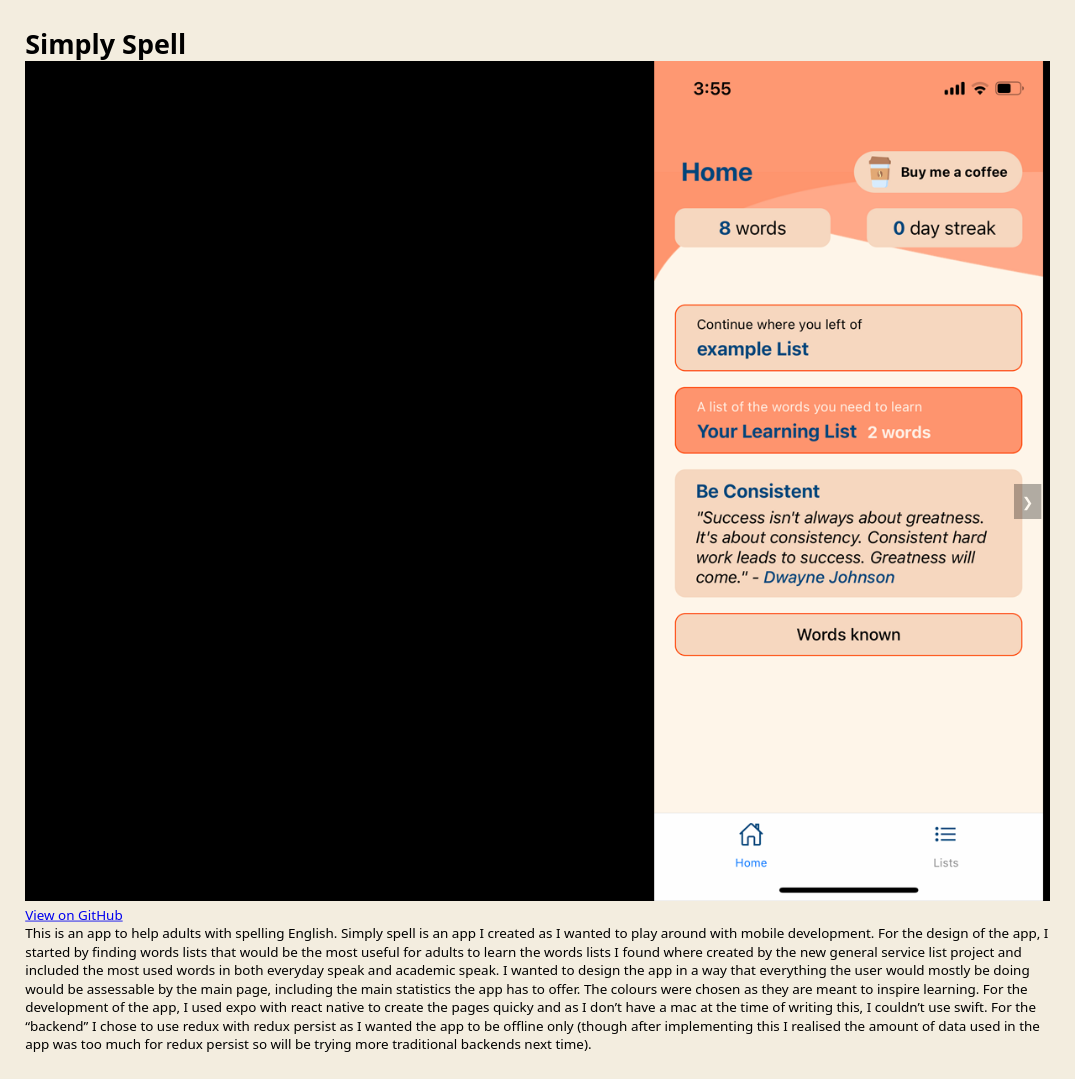
Repository: David-Waite/simpleespellwebsite
Page: /
The author's editor kept a copy of each file at every save. The page is drawn from the files as they stood at one save, then again after the next save.
The browser window is 1280 px wide. The pictures show the whole page, at 84% of full size.
The project was rebuilt for these pictures with package versions that can differ from the ones it lists, and the page was loaded fresh each time.

Above is the page before, as saved 2023-07-27 19:04:35.

### src/index.css
* {
  margin: 0;
  padding: 0;
  font-family: system-ui, -apple-system, BlinkMacSystemFont, "Segoe UI", Roboto,
    Oxygen, Ubuntu, Cantarell, "Open Sans", "Helvetica Neue", sans-serif;
}

body {
  background-color: #f3eddf;
  padding: 30px;
}

.carousel {
  display: flex;
  flex-direction: column;
  position: relative;
}

.slideContainer {
  scroll-snap-type: x mandatory;
  overflow-x: scroll;
  overflow-y: hidden;
  display: flex;
  align-items: center;
  height: 100%;
  -webkit-overflow-scrolling: touch;
  scroll-behavior: smooth;
}

.slideContainer::-webkit-scrollbar {
  display: none;
}
.slide {
  scroll-snap-align: center;
  position: relative;
  min-width: 100%;
  padding-top: 50%;
}
.slide img {
  height: auto;
  width: 100%;
  position: absolute;
  top: 0;
  left: 0;
}
.arrow {
  color: #ffffff;
  background-color: #000000;
  position: absolute;
  text-align: center;
  opacity: 0.3;
  cursor: pointer;
  position: absolute;
  top: 50%;
}
.arrow p {
  padding: 10px;
}
.arrowBack {
  left: 10px;
}
.arrowForward {
  right: 10px;
}
.arrow:hover {
  opacity: 1;
}

### src/App.js
import { useState, useEffect } from "react";
import { useRef } from "react";
import styles from "./index.css";

export default function App(props) {
  let images = [
    "../simplySpell1.PNG",
    "../simplySpell2.PNG",
    "../simplySpell3.PNG",
    "../simplySpell4.PNG",
    "../simplySpell5.PNG",
    "../simplySpell6.PNG",
    "../simplySpell7.PNG",
    "../simplySpell8.PNG",
    "../simplySpell9.PNG",
  ];

  function resetSlideShow() {
    slideContainerRef.current.scrollLeft = 0;
  }

  const slideContainerRef = useRef(null);
  const [hideLeft, setHideLeft] = useState("none");
  const [hideRight, setHideRight] = useState("");

  function handleBackArrow() {
    slideContainerRef.current.scrollLeft =
      slideContainerRef.current.scrollLeft -
      slideContainerRef.current.children[0].clientWidth;
  }

  function handleScroll() {
    const totalLength =
      slideContainerRef.current.children[0].clientWidth * (images.length - 1);

    if (slideContainerRef.current.scrollLeft === 0) {
      setHideLeft("none");
    } else {
      setHideLeft("");
    }

    if (slideContainerRef.current.scrollLeft >= totalLength - 100) {
      setHideRight("none");
    } else {
      setHideRight("");
    }
  }
  function handleFowardArrow() {
    slideContainerRef.current.scrollLeft =
      slideContainerRef.current.scrollLeft +
      slideContainerRef.current.children[0].clientWidth;
  }
  const slideElements = images.map((image) => {
    return (
      <div key={image} className={styles.slide}>
        <img src={image} />
      </div>
    );
  });

  useEffect(() => {
    resetSlideShow();
  }, [props]);

  return (
    <div>
      <h1>Simply Spell</h1>

      <div className={"carousel"}>
        <div
          className={"slideContainer"}
          ref={slideContainerRef}
          onScroll={handleScroll}
        >
          {slideElements}
        </div>

        <div
          style={{ display: hideLeft }}
          className={`arrow arrowBack`}
          onClick={handleBackArrow}
        >
          <p>❮</p>
        </div>

        <div
          style={{ display: hideRight }}
          className={`arrow arrowForward`}
          onClick={handleFowardArrow}
        >
          <p>❯</p>
        </div>
      </div>
      <div>
        <a href="https://github.com/David-Waite/SpellingApp">View on GitHub</a>
        <p>
          This is an app to help adults with spelling English. Simply spell is
          an app I created as I wanted to play around with mobile development.
          For the design of the app, I started by finding words lists that would
          be the most useful for adults to learn the words lists I found where
          created by the new general service list project and included the most
          used words in both everyday speak and academic speak. I wanted to
          design the app in a way that everything the user would mostly be doing
          would be assessable by the main page, including the main statistics
          the app has to offer. The colours were chosen as they are meant to
          inspire learning. For the development of the app, I used expo with
          react native to create the pages quicky and as I don’t have a mac at
          the time of writing this, I couldn’t use swift. For the “backend” I
          chose to use redux with redux persist as I wanted the app to be
          offline only (though after implementing this I realised the amount of
          data used in the app was too much for redux persist so will be trying
          more traditional backends next time).
        </p>
      </div>
    </div>
  );
}

Loaded but not shown: public/index.html (common file); src/index.js (common file); src/reportWebVitals.js (common file)

After the next save:
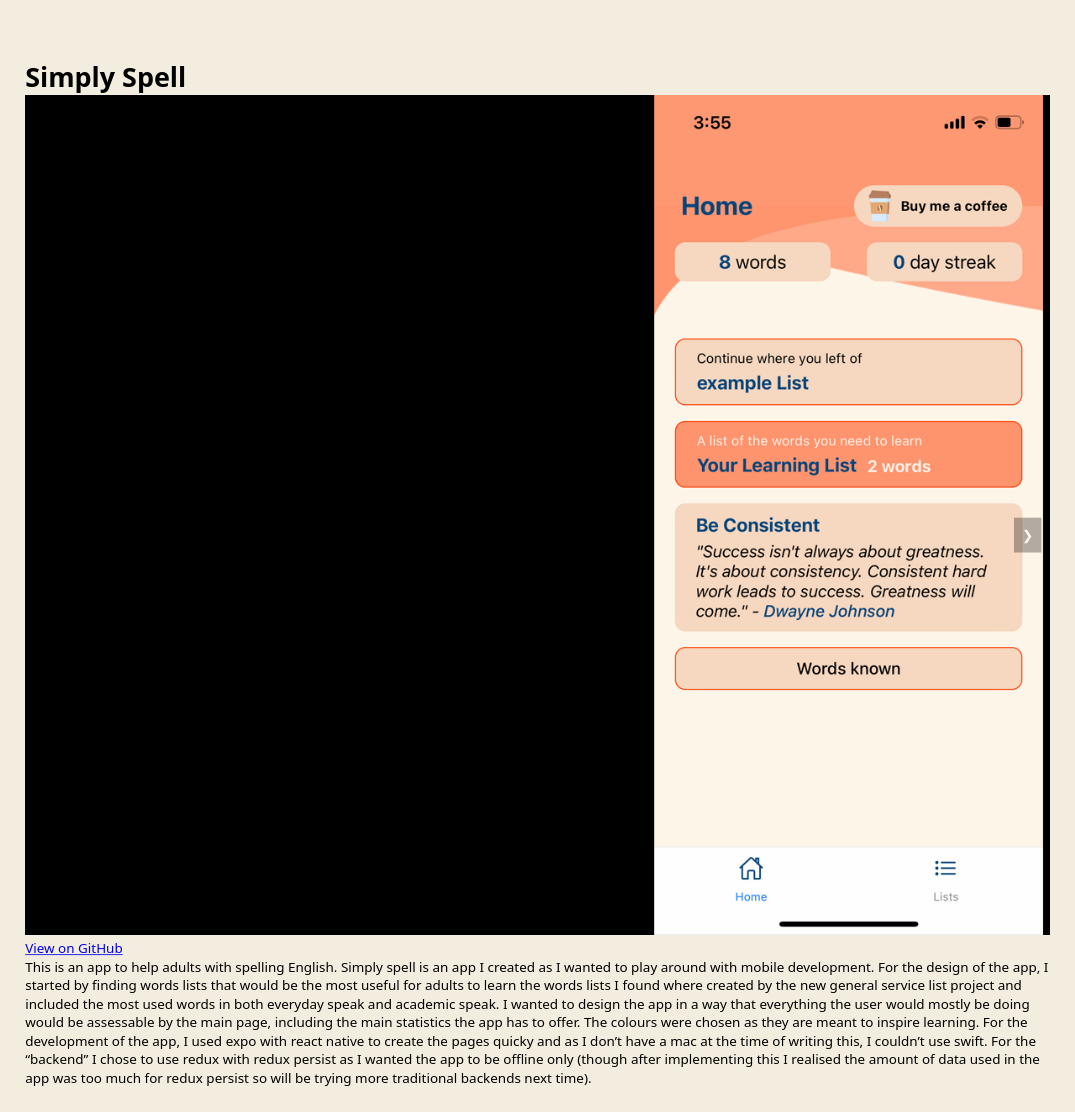
Saved 7 s later.
--- a/src/index.css
+++ b/src/index.css
@@ -8,6 +8,9 @@
 body {
   background-color: #f3eddf;
   padding: 30px;
+}
+h1 {
+  margin-top: 40px;
 }
 
 .carousel {
